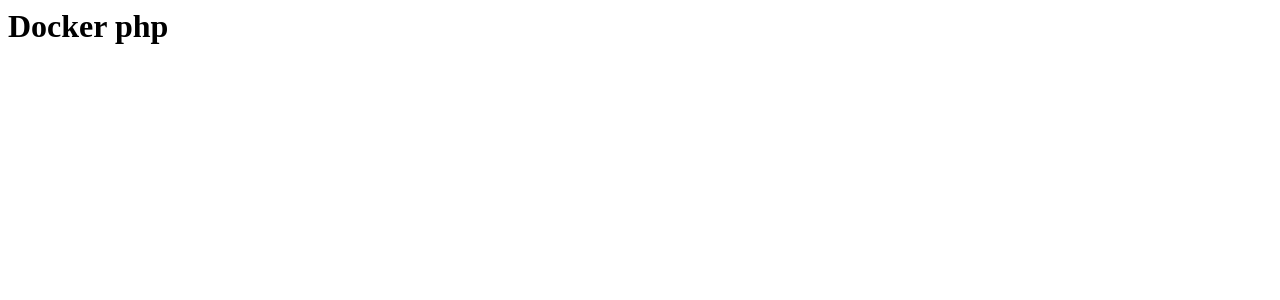
Repository: wilsonllucena/docker-php-nginx
Page: src/public/index.html
The author's editor kept a copy of each file at every save. The page is drawn from the files as they stood at one save, then again after the next save.
The browser window is 1280 px wide. The pictures show the whole page.

Above is the page before, as saved 2021-09-12 21:12:10.

After the next save:
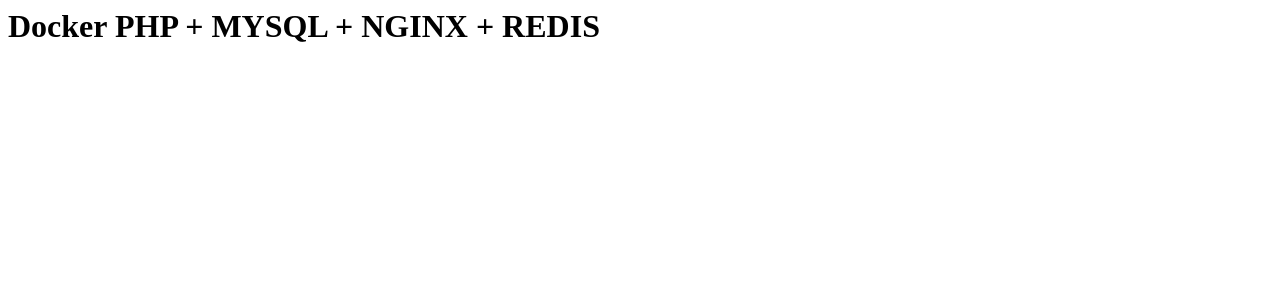
Saved 94 s later.
--- a/src/public/index.html
+++ b/src/public/index.html
@@ -1 +1 @@
-<h1>Docker php</h1>
+<h1>Docker PHP + MYSQL + NGINX + REDIS</h1>
